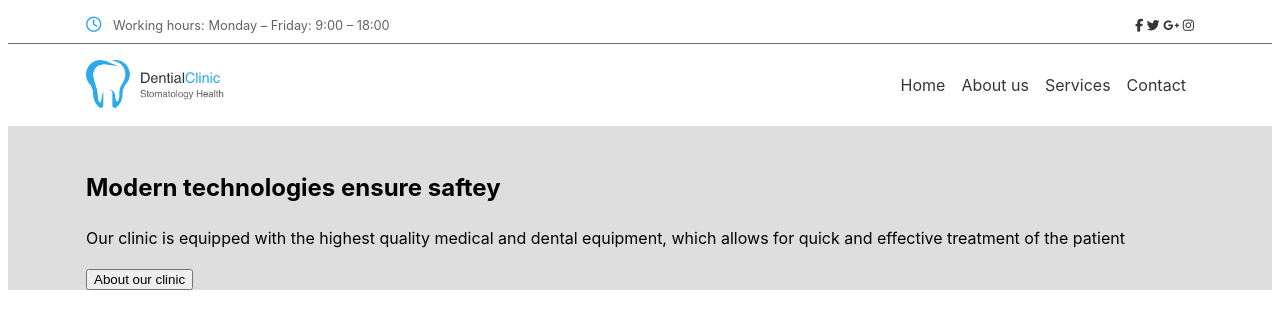
Repository: skepp4rn/uppgift1
Page: index.html
An editor plug-in stored every save of this project. The page is shown before and after the next save, followed by the edit.
The browser window is 1280 px wide. The pictures show the whole page.
Some web libraries are served in a nearby version.

Above is the page before, as saved 2020-11-18 20:17:53.

### index.html
<!DOCTYPE html>
<html lang="en">
<head>
    <meta charset="UTF-8">
    <meta name="viewport" content="width=device-width, initial-scale=1.0">
    <title>Document</title>

    <script src="https://kit.fontawesome.com/0abbda2fd3.js" crossorigin="anonymous"></script>
    <link rel="stylesheet" href="style.css">
</head>
<body>

    <nav class="navbar-top collapse">
        <div class="container">
            <div class="hours">
                <i class="far fa-clock"></i>
                Working hours: Monday – Friday: 9:00 – 18:00
            </div>
            <div class="#">
                <a href="#"><i class="fab fa-facebook-f"></i></a>
                <a href="#"><i class="fab fa-twitter"></i></a>
                <a href="#"><i class="fab fa-google-plus-g"></i></a>
                <a href="#"><i class="fab fa-instagram"></i></a>
            </div>
        </div>
    </nav>

    <nav class="navbar ">
        <div class="container">
            <a class="navbar-brand" href="#" >
                <img src="images/Logo.png" alt="">
            </a>
            <button class="navbar-toggler">
                <i class="fas fa-bars"></i>
            </button>
            <div class="collapse navbar-collapse">
                <div class="navbar-nav">
                    <a class="nav-link" href="#">Home</a>
                    <a class="nav-link" href="#">About us</a>
                    <a class="nav-link" href="#">Services</a>
                    <a class="nav-link" href="#">Contact</a>
                </div>
            </div>
        </div>
    </nav>

    <section id="showcase" class="bg-gray">
        <div class="container">
            <img src="" alt="">
            <div>
                <div>
                    <h1>Modern technologies ensure saftey</h1>
                    <p>Our clinic is equipped with the highest quality medical and dental equipment, which allows for quick and effective treatment of the patient</p>
                    <button>About our clinic</button>
                </div>
            </div>
        </div>
    </section>

</body>
</html>

### style.css
* {
    box-sizing: border-box;
}

html, bod   y {
    font-weight: 400;
    font-family: -apple-system, BlinkMacSystemFont, 'Segoe UI', Roboto, Oxygen, Ubuntu, Cantarell, 'Open Sans', 'Helvetica Neue', sans-serif;
    line-height: 1.5;
    font-size: 16px;
    margin: 0;
    padding: 0;
}

.border {
    border: 1px solid black;
}

a {
    color: #363636;
    text-decoration: none;
    background-color: transparent;
}

a:hover {
    color: #25E6C8;
}

.bg-dark {
   background: #333333;
   color: #ffffff;
}

.bg-light {
    background: #f7f7f7;
    color: #333333;
}

.bg-gray {
    background-color: #DEDEDE;

}


.collapse:not(.show) {
    display: none;
}

.container {
    width: 100%;
    padding: 0 1rem;
    margin: 0 auto;
}

.navbar-top {
    border-bottom: 1px solid #707070;
}

.navbar, .navbar-top {
    display: flex;
    justify-content: space-between;
    padding: 0.5rem 1rem;
}

.navbar .container, .navbar-top .container {
    display: flex;
    justify-content: space-between;
    align-items: center;
}

.navbar-top .container {
    font-size: 0.8rem;
}

.navbar-top .container .hours {
    color:#626262;
}

.navbar-top .container .hours i {
    color: #2BAAEC;
    margin-right: 0.5rem;
    font-size: 1.2em;
}

.navbar-top .container .socialmedia a {
    margin: 0 0.5rem;
}

.navbar-brand {
    display: inline-block;
    font-size: 1.5rem;
    color: black;
    margin-right: 1rem;
}

.navbar-brand img {
    height: 3rem;
    margin-top: 0.5rem;
}

.navbar-toggler {
    font-size: 2.5rem;
    color:#2BAAEC;
    background-color: transparent;
    border: 1px solid transparent;
}

.navbar-collapse {
    align-items: center;
}

.navbar-nav {
    display: flex;
    flex-direction: column;
}

.nav-link {
    padding: 0;
    text-decoration: none;
}


@media (min-width: 768px) {
    .nav-link {
        padding-right: 0.5rem;
        padding-left: 0.5rem;
    }

    .navbar-nav {
        flex-direction: row;
    }

    .navbar-toggler {
        display: none;
    }

    .collapse:not(.show) {
        display: flex;
    }

    .container {
        max-width: 720px;
    }

}

@media (min-width: 992px) {
    .container {
        max-width: 960px;
    }
}

@media (min-width: 1200px) {
    .container {
        max-width: 1140px;
    }
}

After the next save:
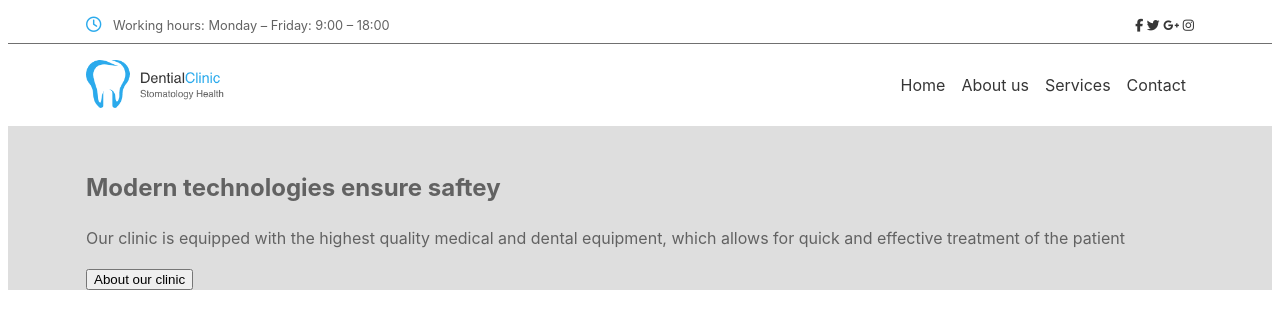
Saved 90 s later.
--- a/style.css
+++ b/style.css
@@ -37,7 +37,7 @@ a:hover {
 
 .bg-gray {
     background-color: #DEDEDE;
-
+    color: #626262;
 }
 
 
